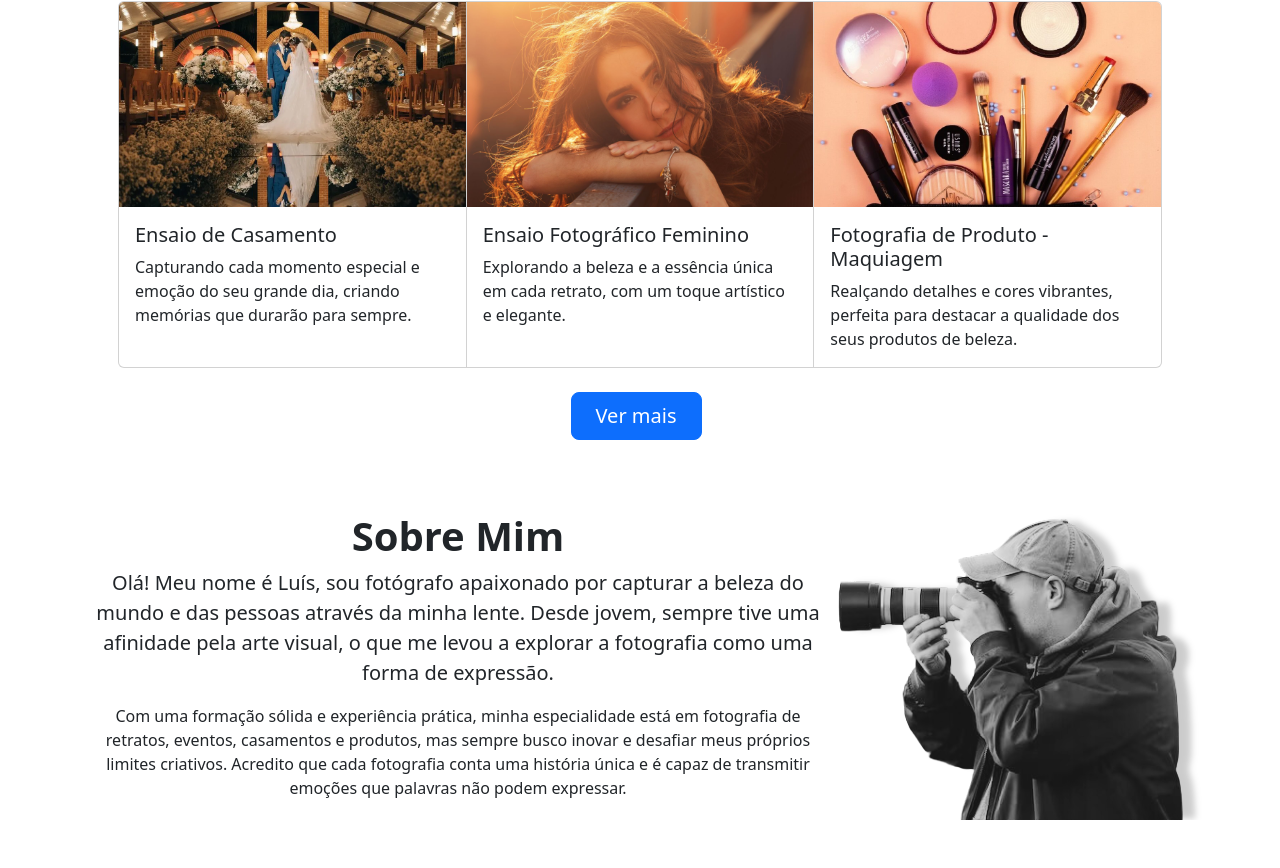
Repository: Marinalr-25/portifolio-fotografia
Page: index.html
An editor plug-in stored every save of this project. The page is shown before and after the next save, followed by the edit.
The browser window is 1280 px wide. The pictures show the part of the page from y = 687 to 1639 px (the page is 1555 px tall before and 1639 px after).
A picture or video elsewhere on the page could not be fetched, so the positions and the page height are approximate.

Above is the page before, as saved 2025-01-19 17:57:48.

After the next save:
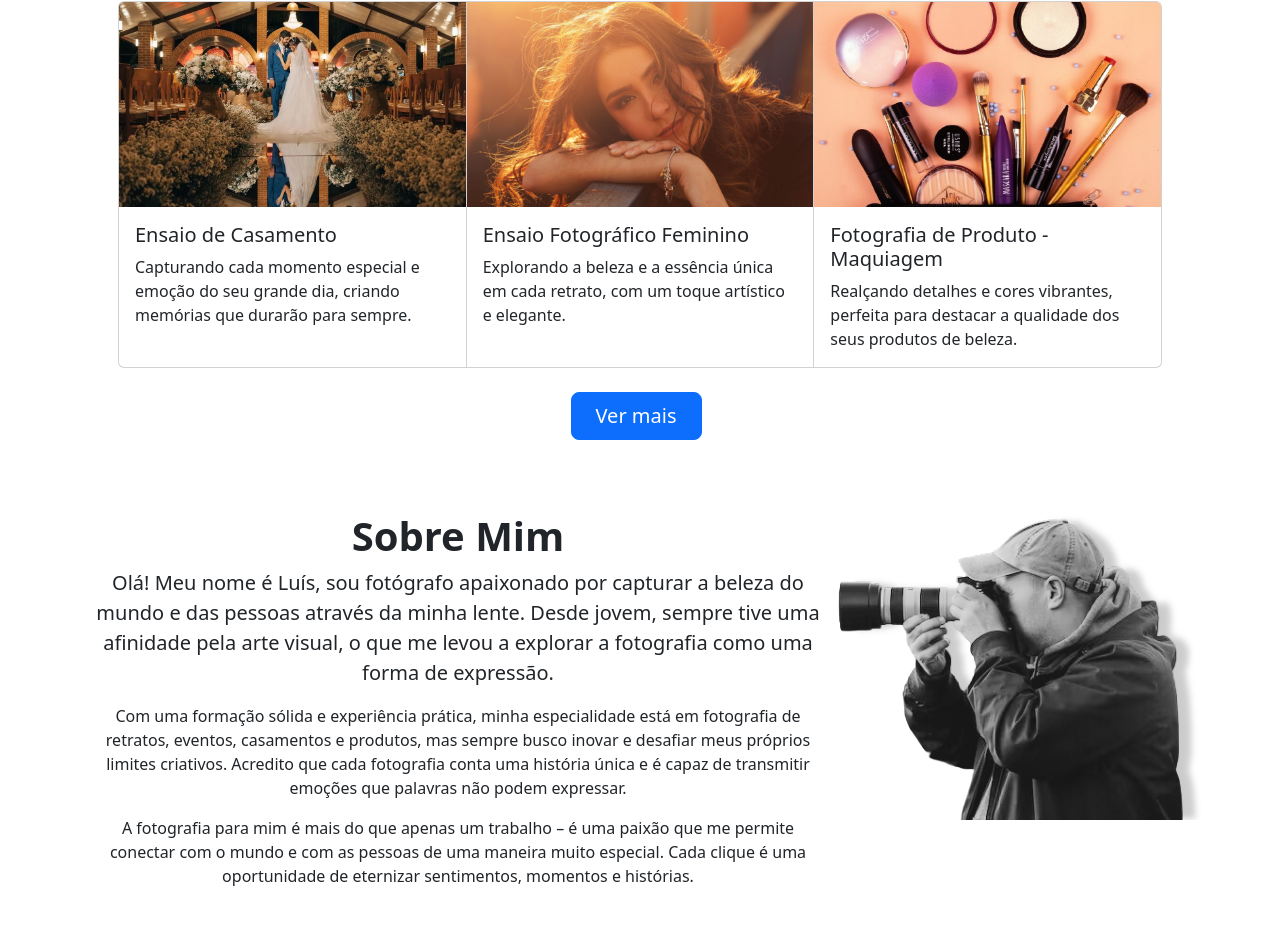
Saved 11 s later.
--- a/index.html
+++ b/index.html
@@ -164,6 +164,12 @@
             Acredito que cada fotografia conta uma história única e é capaz de
             transmitir emoções que palavras não podem expressar.
           </p>
+          <p>
+            A fotografia para mim é mais do que apenas um trabalho – é uma
+            paixão que me permite conectar com o mundo e com as pessoas de uma
+            maneira muito especial. Cada clique é uma oportunidade de eternizar
+            sentimentos, momentos e histórias.
+          </p>
         </div>
         <div class="fotografo"></div>
       </div>
